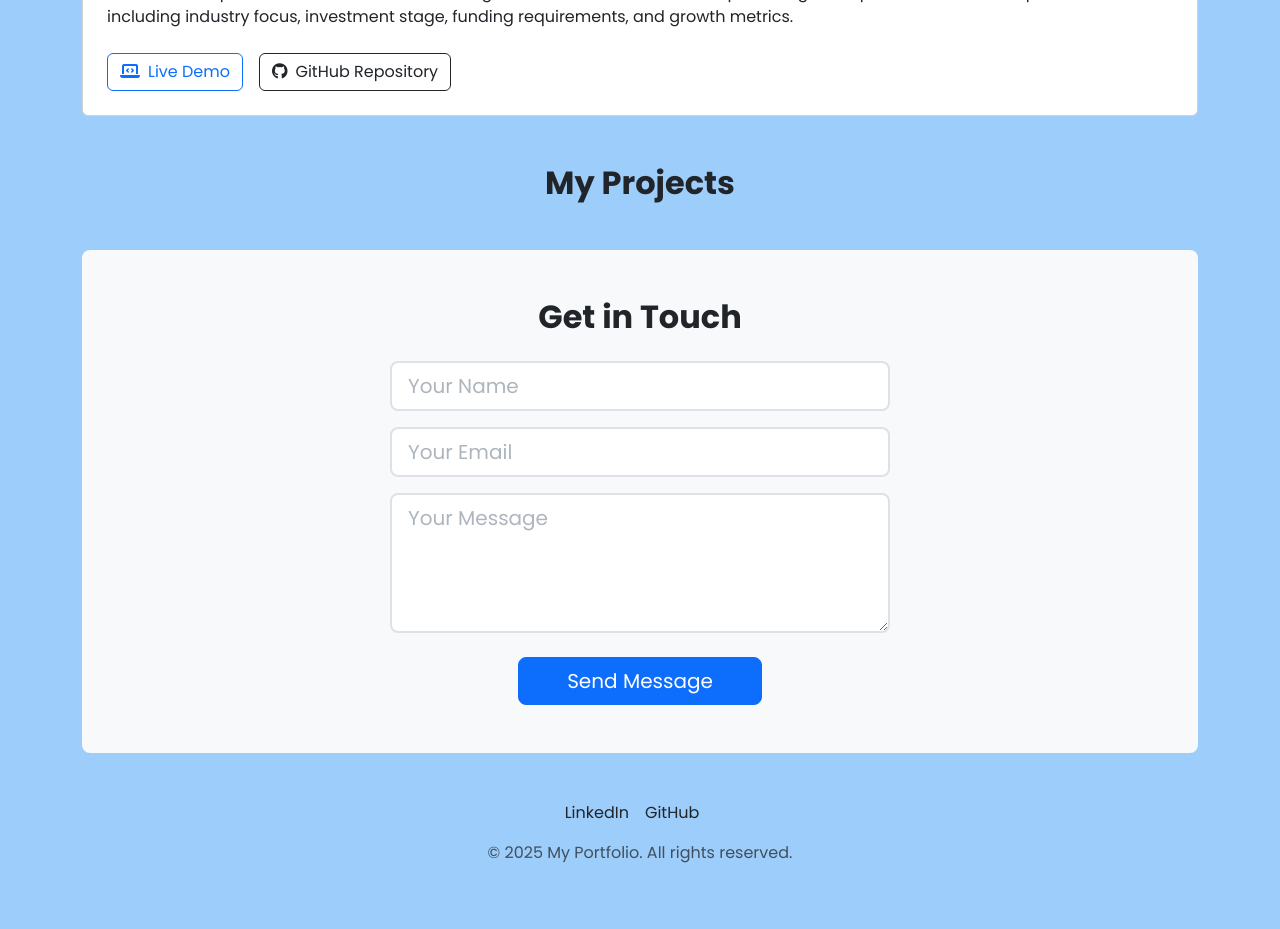
Repository: AdityaTech-Pro/Portfolio-Aditya-Verma
Page: Aditya Portfolio/index.html
The author's editor kept a copy of each file at every save. The page is drawn from the files as they stood at one save, then again after a run of saves.
The browser window is 1280 px wide. The pictures show the part of the page from y = 4157 to 5109 px (the page is 5086 px tall before and 5184 px after).

Above is the page before, as saved 2026-01-08 00:12:12.

After the next 2 saves:
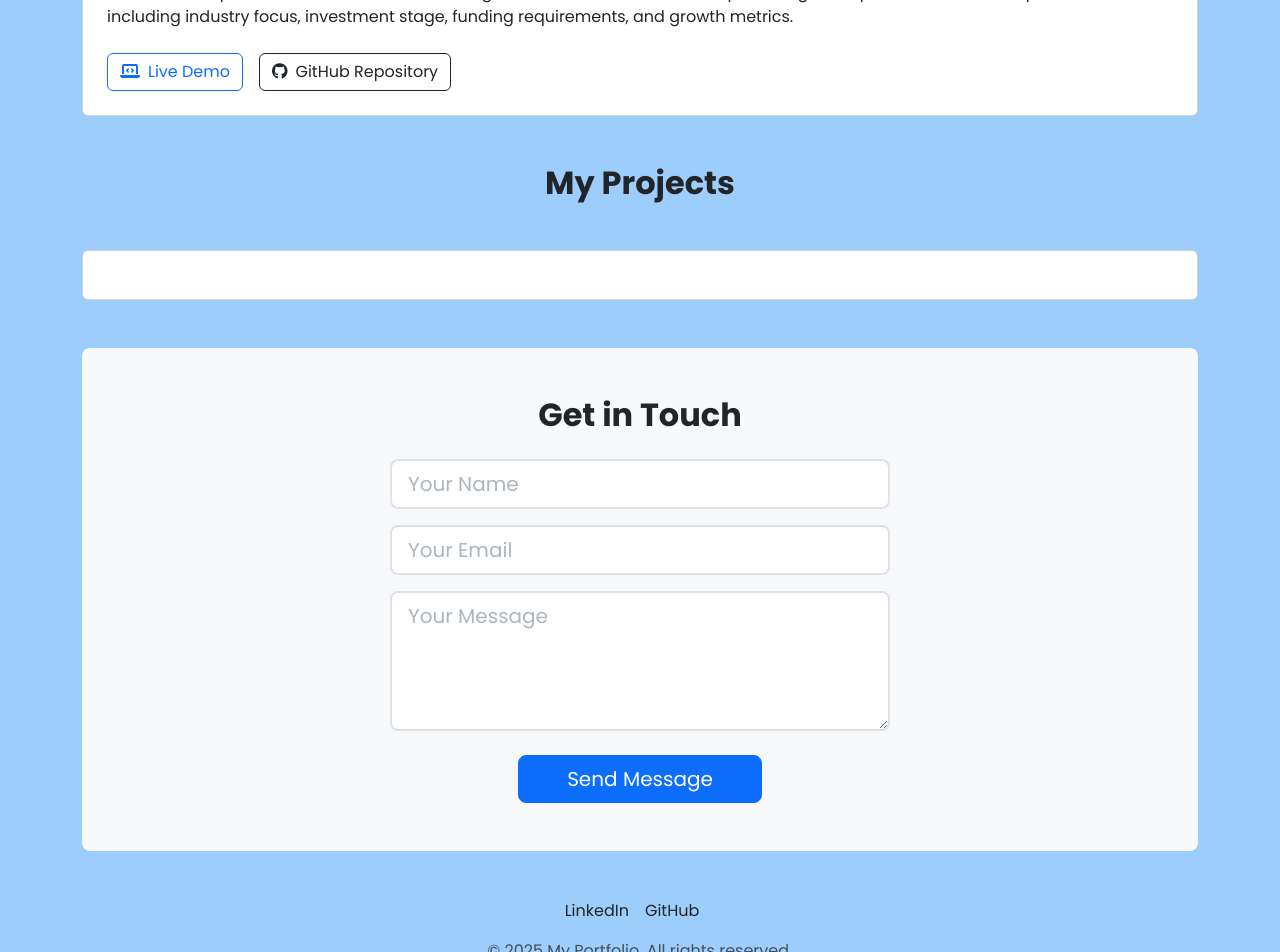
The 2 saves are shown as one change because they came seconds apart.
The last was saved 2 min 8 s later.
--- a/Aditya Portfolio/index.html
+++ b/Aditya Portfolio/index.html
@@ -369,6 +369,8 @@
 
         <section class="mb-5">
             <h2 class="text-center fw-bold mb-5"> My Projects</h2>
+            <div class="card project-card mb-5">
+                <div class="card-body p-4">
         </section>
 
         <!-- Contact Form Section -->
@@ -405,44 +407,44 @@
             </div>
             <p class="text-muted mt-3 ">&copy; 2025 My Portfolio. All rights reserved.</p>
         </footer>
-    </div>
-
-    <!-- Theme toggle script -->
-    <script>
-        (function() {
-            const toggle = document.getElementById('themeToggle');
-            const body = document.body;
-            const saved = localStorage.getItem('theme');
-
-            if (!toggle) return;
-
-            function applyTheme(theme) {
-                if (theme === 'dark') {
-                    body.classList.add('dark-theme');
-                    toggle.setAttribute('aria-pressed', 'true');
-                } else {
-                    body.classList.remove('dark-theme');
-                    toggle.setAttribute('aria-pressed', 'false');
+        </div>
+
+        <!-- Theme toggle script -->
+        <script>
+            (function() {
+                const toggle = document.getElementById('themeToggle');
+                const body = document.body;
+                const saved = localStorage.getItem('theme');
+
+                if (!toggle) return;
+
+                function applyTheme(theme) {
+                    if (theme === 'dark') {
+                        body.classList.add('dark-theme');
+                        toggle.setAttribute('aria-pressed', 'true');
+                    } else {
+                        body.classList.remove('dark-theme');
+                        toggle.setAttribute('aria-pressed', 'false');
+                    }
                 }
-            }
-
-            // initial theme: saved -> user preference -> light
-            if (saved) {
-                applyTheme(saved);
-            } else if (window.matchMedia && window.matchMedia('(prefers-color-scheme: dark)').matches) {
-                applyTheme('dark');
-            }
-
-            toggle.addEventListener('click', function() {
-                const isDark = body.classList.toggle('dark-theme');
-                localStorage.setItem('theme', isDark ? 'dark' : 'light');
-                toggle.setAttribute('aria-pressed', String(isDark));
-            });
-        })();
-    </script>
-
-    <!-- Bootstrap JS -->
-    <script src="https://cdn.jsdelivr.net/npm/bootstrap@5.3.2/dist/js/bootstrap.bundle.min.js "></script>
+
+                // initial theme: saved -> user preference -> light
+                if (saved) {
+                    applyTheme(saved);
+                } else if (window.matchMedia && window.matchMedia('(prefers-color-scheme: dark)').matches) {
+                    applyTheme('dark');
+                }
+
+                toggle.addEventListener('click', function() {
+                    const isDark = body.classList.toggle('dark-theme');
+                    localStorage.setItem('theme', isDark ? 'dark' : 'light');
+                    toggle.setAttribute('aria-pressed', String(isDark));
+                });
+            })();
+        </script>
+
+        <!-- Bootstrap JS -->
+        <script src="https://cdn.jsdelivr.net/npm/bootstrap@5.3.2/dist/js/bootstrap.bundle.min.js "></script>
 </body>
 
 </html>
